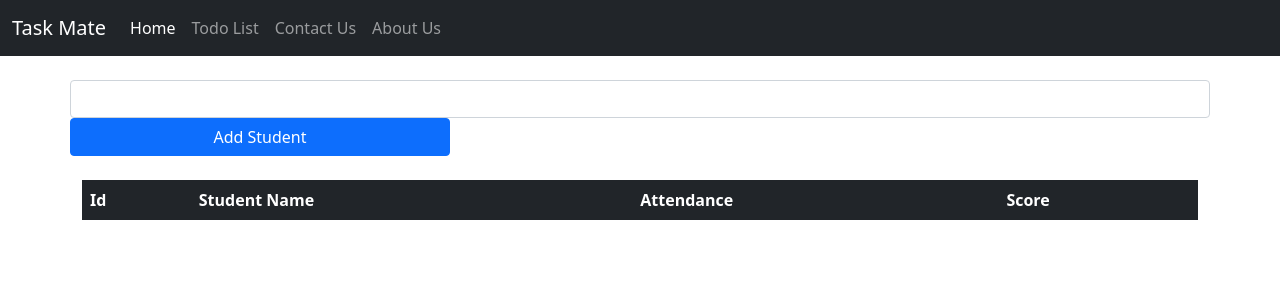
Repository: itathagata/Registration_System
Page: http://localhost/todolist/?pg=1
An editor plug-in stored every save of this project. The page is shown before and after the next save, followed by the edit.
The browser window is 1280 px wide. The pictures show the whole page.
The page is served by the project's application, run on Django 2.2 (manage.py). Other server files are loaded and not shown. Queries for data that is not in the repository find no rows.

Above is the page before, as saved 2021-06-03 17:24:33.

### todolist_app/views.py
from django.http.response import HttpResponse
from django.shortcuts import redirect, render
from django.http import HttpResponse
from todolist_app.models import TaskList
from .forms import TaskForm
from django.contrib import messages
# Create your views here.
context = {'welcome':"Welcome to Todo List Page.",
    'contact_text':"Welcome to Todo List Contact Page.",
    'about_text':"Welcome to Todo List About Page."}
def todolist(request):
    if request.method == "POST":
        form = TaskForm(request.POST)
        if form.is_valid():
            tlist = form.save(commit = False)
            tlist.user = request.user
            tlist.save()
        messages.success(request,"New Student Added!")
        return redirect('todolist')
    else:
        all_tasks = TaskList.objects.all
        return render(request, 'todolist.html',{'all_tasks':all_tasks})

def contact(request):
    return render(request, 'contact.html',context)


def about(request):
    return render(request, 'about.html',context)

### todolist_app/templates/todolist.html
{% extends 'base.html' %}
{% block title %}
<title>TodoList Manager</title>
{% endblock title %}

{% block content %}
<div class="container">
</br>
  {%if messages %}
    {% for message in messages%}
      <div class="alert alert-warning alert-dismissible fade show" role="alert">
        {{ message }}
          <button type="button" class="btn-close" data-bs-dismiss="alert" aria-label="Close">

          </button>

      </div>
    {% endfor %}
  {% endif %}
  <form method = "POST" class="row">
    {% csrf_token %}
  <input type="text" class = "form-control col-lg-2" name = "task">
  <button type="submit" class="btn btn-primary col-lg-4">Add Student</button>
</form>
</br>
    <table class="table table-dark table-hover">
  <thead>
    <tr>
      <th scope="col">Id</th>
      <th scope="col">Student Name</th>
      <th scope="col">Attendance</th>
      <th scope="col">Score</th>
    </tr>
  </thead>
    <tbody>
    {% if all_tasks %}
      {%for obj in all_tasks%}
      {% if obj.Attendance%}
          <tr class="table-success">
          <td>{{ obj.id }}</td>
          <td>{{ obj.Student_Name }}</td>
          <td>Safe</td>
          <td>{{ obj.Score }}</td>
          </tr>
      {% else %}
          <tr class="table-danger">
          <td>{{ obj.id }}</td>
          <td>{{ obj.Student_Name }}</td>
          <td>Unsafe</td>
          <td>{{ obj.Score }}</td>
          </tr>
      {% endif %}
       {% endfor %}
    {% endif %}
     </tbody>
</table>
    </div>
{% endblock content %}

### templates/base.html
<!doctype html>
<html lang="en">
  <head>
    <!-- Required meta tags -->
    <meta charset="utf-8">
    <meta name="viewport" content="width=device-width, initial-scale=1">

    <!-- Bootstrap CSS -->
    <link href="https://cdn.jsdelivr.net/npm/bootstrap@5.0.1/dist/css/bootstrap.min.css" rel="stylesheet" integrity="sha384-+0n0xVW2eSR5OomGNYDnhzAbDsOXxcvSN1TPprVMTNDbiYZCxYbOOl7+AMvyTG2x" crossorigin="anonymous">

    {% block title %}{% endblock title %}
    <nav class="navbar navbar-expand-lg navbar-dark bg-dark">
  <div class="container-fluid">
    <a class="navbar-brand" href="#">Task Mate</a>
    <button class="navbar-toggler" type="button" data-bs-toggle="collapse" data-bs-target="#navbarNavAltMarkup" aria-controls="navbarNavAltMarkup" aria-expanded="false" aria-label="Toggle navigation">
      <span class="navbar-toggler-icon"></span>
    </button>
    <div class="collapse navbar-collapse" id="navbarNavAltMarkup">
      <div class="navbar-nav">
        <a class="nav-link active" aria-current="page" href="{% url 'todolist'%}">Home</a>
        <a class="nav-link" href="{% url 'todolist'%}">Todo List</a>
        <a class="nav-link" href="{% url 'contact'%}">Contact Us</a>
        <a class="nav-link" href="{% url 'about'%}">About Us</a>
      </div>
    </div>
  </div>
</nav>
  </head>
  <body>
  {% block content %}{% endblock content %}

    <!-- Optional JavaScript; choose one of the two! -->

    <!-- Option 1: Bootstrap Bundle with Popper -->
    <script src="https://cdn.jsdelivr.net/npm/bootstrap@5.0.1/dist/js/bootstrap.bundle.min.js" integrity="sha384-gtEjrD/SeCtmISkJkNUaaKMoLD0//ElJ19smozuHV6z3Iehds+3Ulb9Bn9Plx0x4" crossorigin="anonymous"></script>

    <!-- Option 2: Separate Popper and Bootstrap JS -->
    <!--
    <script src="https://cdn.jsdelivr.net/npm/@popperjs/core@2.9.2/dist/umd/popper.min.js" integrity="sha384-IQsoLXl5PILFhosVNubq5LC7Qb9DXgDA9i+tQ8Zj3iwWAwPtgFTxbJ8NT4GN1R8p" crossorigin="anonymous"></script>
    <script src="https://cdn.jsdelivr.net/npm/bootstrap@5.0.1/dist/js/bootstrap.min.js" integrity="sha384-Atwg2Pkwv9vp0ygtn1JAojH0nYbwNJLPhwyoVbhoPwBhjQPR5VtM2+xf0Uwh9KtT" crossorigin="anonymous"></script>
    -->
  </body>
</html>

### taskmate/urls.py

from django.contrib import admin
from django.urls import path, include

urlpatterns = [
    path('admin/', admin.site.urls),
    path('todolist', include('todolist_app.urls'))
]

### todolist_app/urls.py
from todolist_app import views
from django.urls import path
urlpatterns = [
    path('/', views.todolist, name='todolist'),
    path('contact', views.contact, name='contact'),
    path('about-us', views.about, name='about'),

]

After the next save:
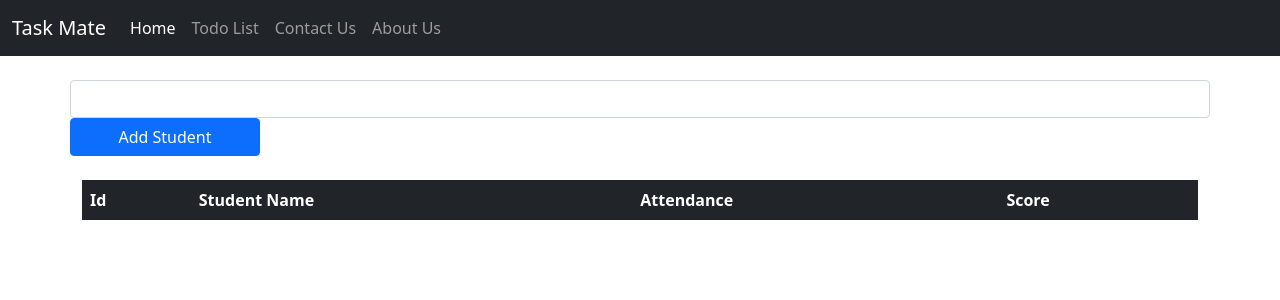
Saved 106 s later.
--- a/todolist_app/templates/todolist.html
+++ b/todolist_app/templates/todolist.html
@@ -20,7 +20,7 @@
   <form method = "POST" class="row">
     {% csrf_token %}
   <input type="text" class = "form-control col-lg-2" name = "task">
-  <button type="submit" class="btn btn-primary col-lg-4">Add Student</button>
+  <button type="submit" class="btn btn-primary col-lg-2">Add Student</button>
 </form>
 </br>
     <table class="table table-dark table-hover">
